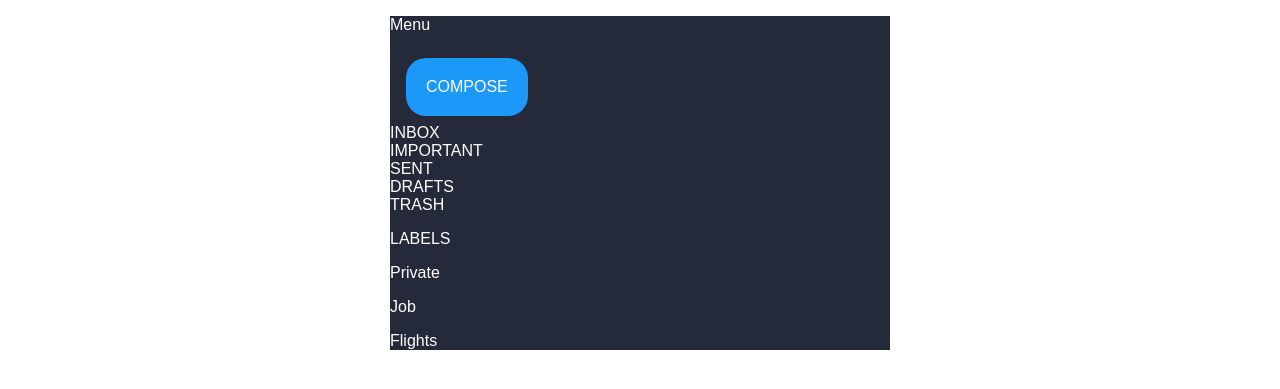
Repository: Gumiin/studia
Page: lesson4/index.html
These files come from the project's save history. The page is drawn as it stood at one moment and after the next save; the edit follows.
The browser window is 1280 px wide. The pictures show the whole page.

Above is the page before, as saved 2021-04-07 18:03:45.

After the next save:
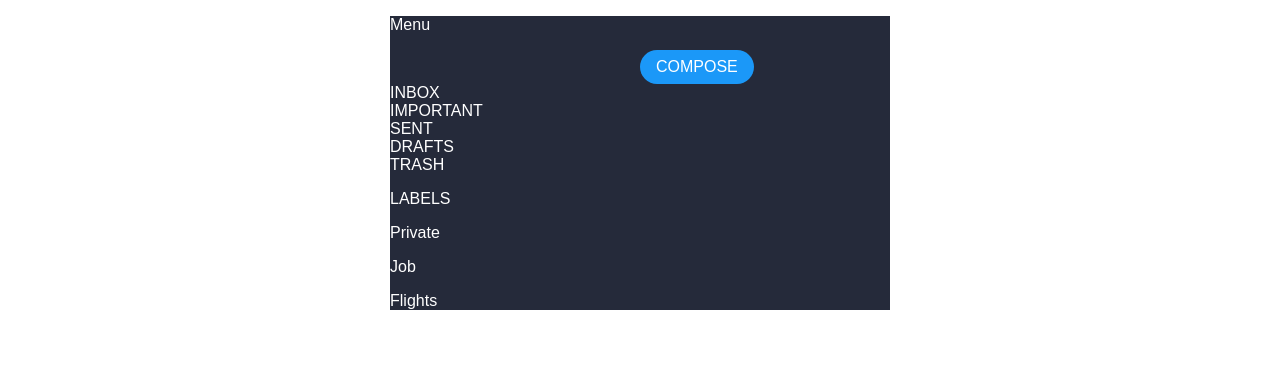
Saved 73 s later.
--- a/lesson4/style.css
+++ b/lesson4/style.css
@@ -25,6 +25,7 @@ body{
     text-decoration: none;
     display: inline-block;
     font-size: 16px;
-    margin: 8px 16px;
+    padding: 8px 16px;
+    margin-left: 50%;
     border-radius: 20px;
 }
